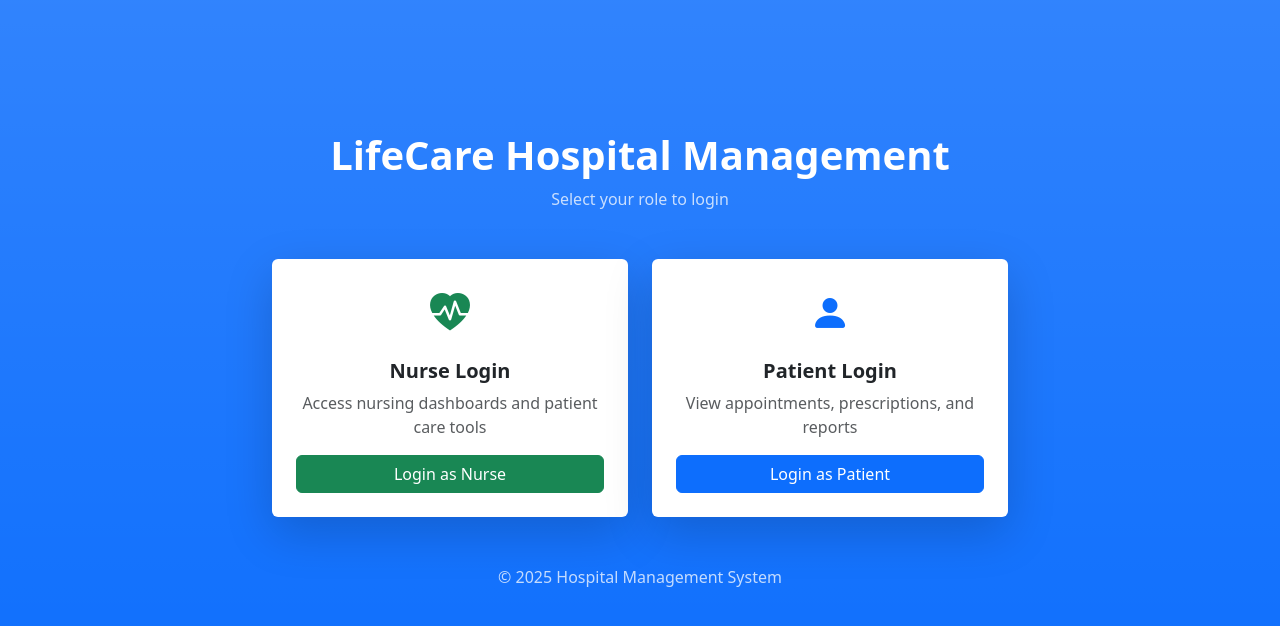
Repository: Rajasekaran0415/LifeCare-Management-System
Page: Project/login.html
An editor plug-in stored every save of this project. The page is shown before and after the next save, followed by the edit.
The browser window is 1280 px wide. The pictures show the whole page.

Above is the page before, as saved 2025-12-26 21:15:37.

### Project/login.html
<!DOCTYPE html>
<html lang="en">
<head>
  <meta charset="UTF-8">
  <title>Login Selection</title>

  <!-- Bootstrap CSS -->
  <link href="https://cdn.jsdelivr.net/npm/bootstrap@5.3.3/dist/css/bootstrap.min.css" rel="stylesheet">

  <!-- Bootstrap Icons -->
  <link href="https://cdn.jsdelivr.net/npm/bootstrap-icons/font/bootstrap-icons.css" rel="stylesheet">
</head>

<body class="bg-primary bg-gradient d-flex align-items-center" style="min-height:100vh;">

  <div class="container">

    <!-- Header -->
    <div class="text-center text-white mb-5">
      <h1 class="fw-bold">LifeCare Hospital Management</h1>
      <p class="opacity-75">Select your role to login</p>
    </div>

    <div class="row justify-content-center g-4">


      <div class="col-md-4">
        <div class="card shadow-lg border-0 text-center">
          <div class="card-body p-4">
            <div class="mb-3 text-success">
              <i class="bi bi-heart-pulse-fill fs-1"></i>
            </div>
            <h5 class="card-title fw-bold">Nurse Login</h5>
            <p class="card-text text-muted">
              Access nursing dashboards and patient care tools
            </p>
            <a href="nurselogin.html" class="btn btn-success w-100">
              Login as Nurse
            </a>
          </div>
        </div>
      </div>

      <div class="col-md-4">
        <div class="card shadow-lg border-0 text-center">
          <div class="card-body p-4">
            <div class="mb-3 text-primary">
              <i class="bi bi-person-fill fs-1"></i>
            </div>
            <h5 class="card-title fw-bold">Patient Login</h5>
            <p class="card-text text-muted">
              View appointments, prescriptions, and reports
            </p>
            <a href="patientlogin.html" class="btn btn-primary w-100">
              Login as Patient
            </a>
          </div>
        </div>
      </div>

    </div>

    <div class="text-center text-white mt-5 opacity-75">
      © 2025 Hospital Management System
    </div>

  </div>

</body>
</html>

After the next save:
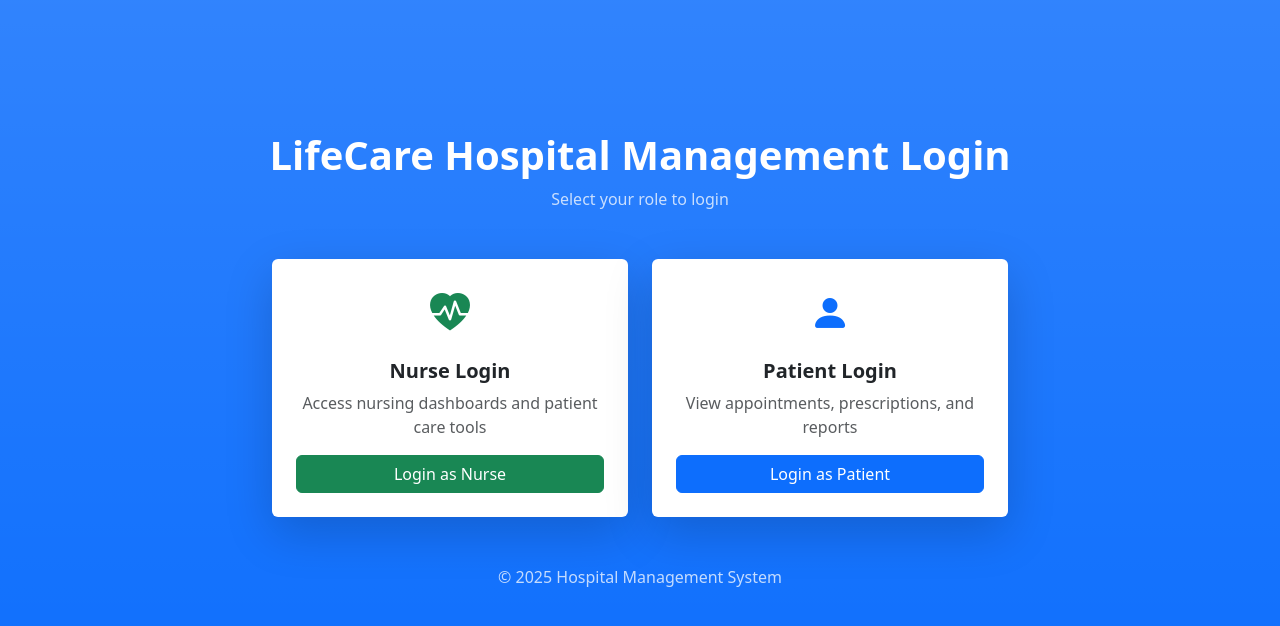
Saved 5 s later.
--- a/Project/login.html
+++ b/Project/login.html
@@ -17,7 +17,7 @@
 
     <!-- Header -->
     <div class="text-center text-white mb-5">
-      <h1 class="fw-bold">LifeCare Hospital Management</h1>
+      <h1 class="fw-bold">LifeCare Hospital Management Login</h1>
       <p class="opacity-75">Select your role to login</p>
     </div>
 
